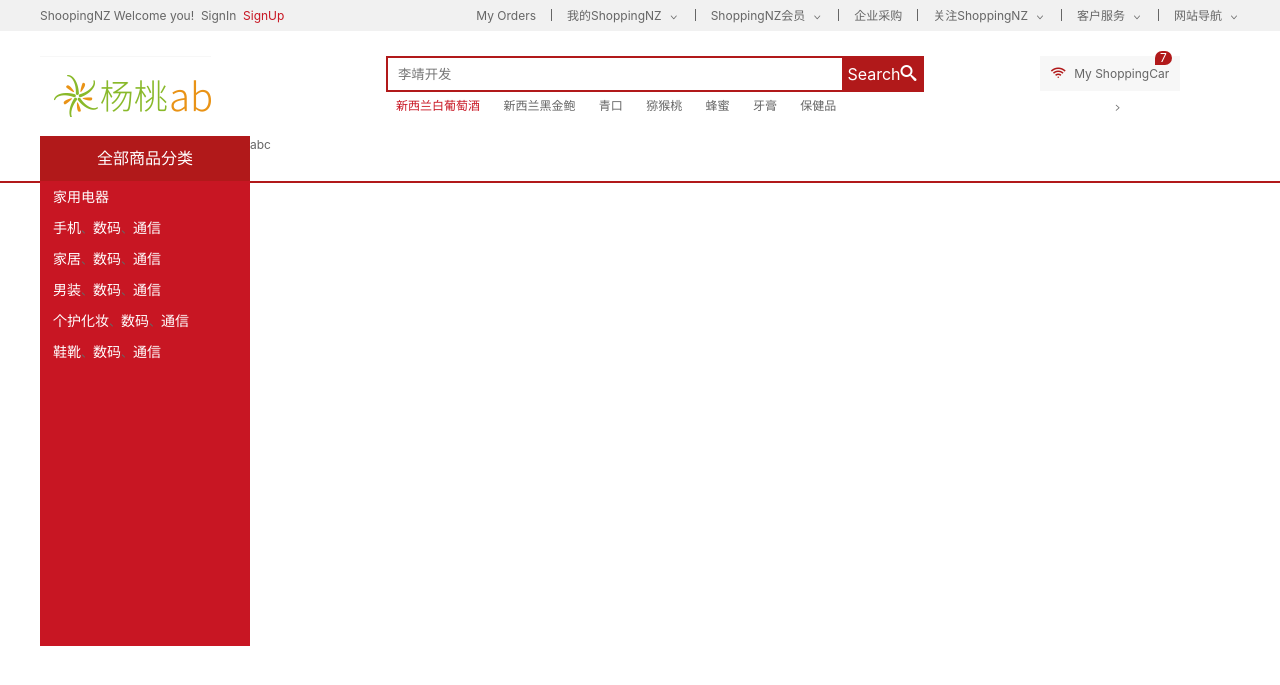
Repository: Jasonlee6789/shoppingWeb
Page: index.html
An editor plug-in stored every save of this project. The page is shown before and after the next save, followed by the edit.
The browser window is 1280 px wide. The pictures show the whole page.

Above is the page before, as saved 2020-05-28 16:22:17.

After the next save:
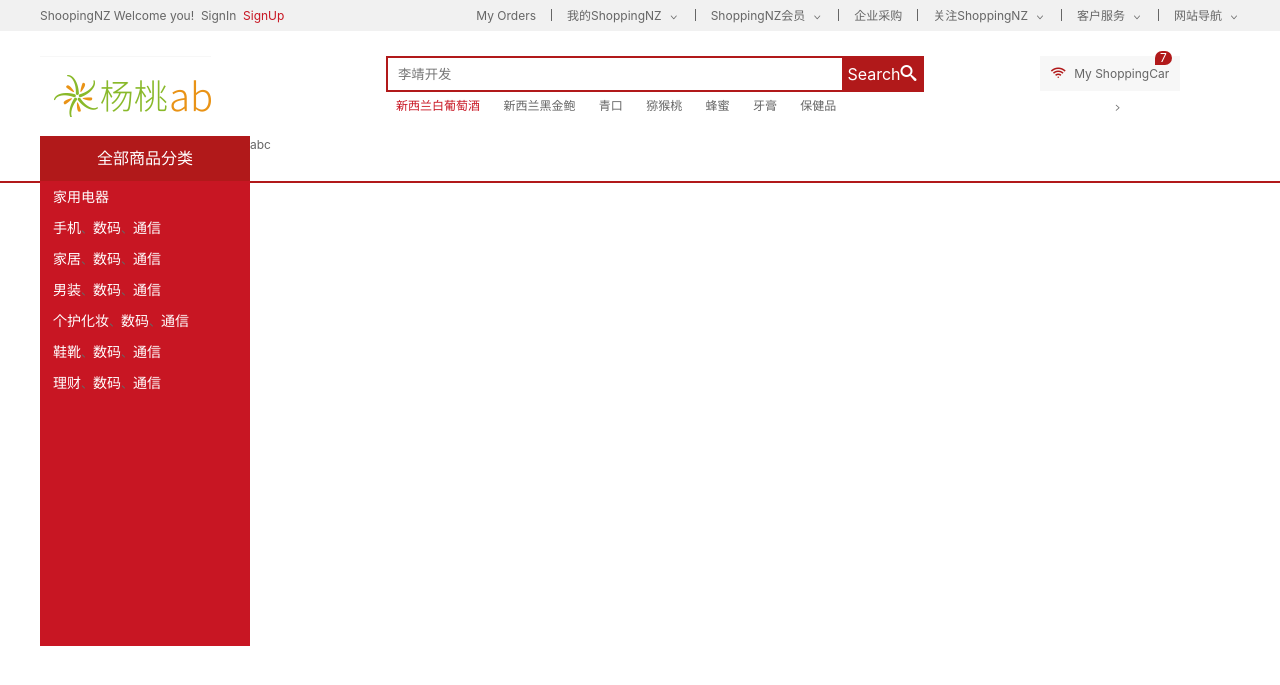
Saved 58 s later.
--- a/index.html
+++ b/index.html
@@ -79,6 +79,7 @@
                         <li><a href="#">男装</a>、<a href="#">数码</a>、<a href="#">通信</a> </li>
                         <li><a href="#">个护化妆</a>、<a href="#">数码</a>、<a href="#">通信</a> </li>
                         <li><a href="#">鞋靴</a>、<a href="#">数码</a>、<a href="#">通信</a> </li>
+                        <li><a href="#">理财</a>、<a href="#">数码</a>、<a href="#">通信</a> </li>
                     </ul>
                 </div>
             </div>
